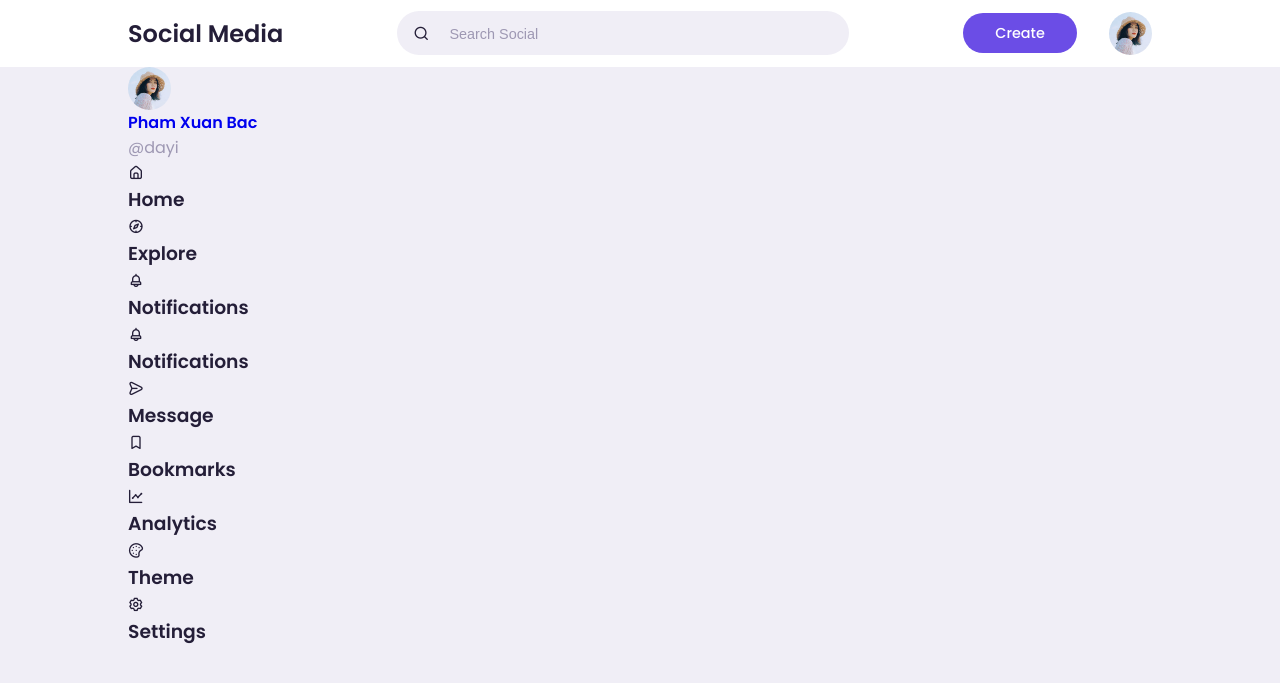
Repository: northpx/socialMedia
Page: index.html
An editor plug-in stored every save of this project. The page is shown before and after the next save, followed by the edit.
The browser window is 1280 px wide. The pictures show the whole page.

Above is the page before, as saved 2023-03-07 17:02:29.

### index.html
<!DOCTYPE html>
<html lang="en">
<head>
    <meta charset="UTF-8">
    <meta http-equiv="X-UA-Compatible" content="IE=edge">
    <meta name="viewport" content="width=device-width, initial-scale=1.0">
    <link rel="stylesheet" href="/css/style.css">
    <link rel="stylesheet" href="https://unicons.iconscout.com/release/v4.0.0/css/line.css">
    <title>Social Media</title>
</head>
<body>
    <nav>
        <div class="container">
            <h2 class="logo">
                Social Media
            </h2>
            <div class="search-bar">
                <i class="uil uil-search"></i>
                <input type="search" placeholder="Search Social">
            </div>
            <div class="create">
                <label for="create-post" class="btn btn-primary">Create</label>
                <div class="profile-picture">
                    <img src="./images/profile-1.jpg" alt="">
                </div>
            </div>
        </div>
    </nav>

    <main>
        <div class="container">
            <!-- ===========LEFT================ -->
            <div class="left">
                <a href="#" class="profile">
                    <div class="profile-picture">
                        <img src="./images/profile-1.jpg" alt="">
                    </div>
                    <div class="handle">
                        <h4>Pham Xuan Bac</h4>
                        <p class="text-muted">
                            @dayi
                        </p>
                    </div>
                </a>
                <!-- =================SIDEBAR=========== -->
                <div class="sidebar">
                    <a class="menu-item active">
                        <span><i class="uil uil-estate"></i></span><h3>Home</h3>
                    </a>
                    <a class="menu-item">
                        <span><i class="uil uil-compass"></i></span><h3>Explore</h3>
                    </a>
                    <a class="menu-item">
                        <span><i class="uil uil-bell"></i></span><h3>Notifications</h3>
                    </a>
                    <a class="menu-item">
                        <span><i class="uil uil-bell"></i></span><h3>Notifications</h3>
                    </a>


                    <span><i class="uil uil-message"></i></span><h3>Message</h3>
                    <span><i class="uil uil-bookmark"></i></span><h3>Bookmarks</h3>
                    <span><i class="uil uil-chart-line"></i></span><h3>Analytics</h3>
                    <span><i class="uil uil-palette"></i></span><h3>Theme</h3>
                    <span><i class="uil uil-setting"></i></span><h3>Settings</h3>
                </div>
            </div>
            <!-- ===============MIDDLE============== -->
            <div class="middle">

            </div>
            <!-- ==============RIGHT============== -->
            <div class="right">

            </div>
        </div>
    </main>
</body>
</html>

### css/style.css
@import url("https://fonts.googleapis.com/css2?family=Poppins:ital,wght@0,400;0,500;0,600;1,400;1,500;1,600&family=Roboto:ital,wght@0,100;0,300;0,400;0,500;0,700;0,900;1,100;1,300;1,400;1,500;1,700;1,900&display=swap");
:root {
  --color-white: hsl(252,30%,100%);
  --color-light: hsl(252,30%,95%);
  --color-gray: hsl(252,15%,65%);
  --color-primary: hsl(252,75%,60%);
  --color-secondary: hsl(252,100%,90%);
  --color-success: hsl(120,95%,65%);
  --color-danger: hsl(0,95%,65%);
  --color-dark: hsl(252,30%,17%);
  --color-black: hsl(252,30%,10%);
  --border-radius: 2rem;
  --card-border-radius: 1rem;
  --btn-padding: 0.6rem 2rem;
  --search-padding: 0.6rem 1rem;
  --card-padding: 1rem;
  --sticky-top-left: 5.4rem;
  --sticky-top-right: -18rem;
}

*, *::before, *::after {
  margin: 0;
  padding: 0;
  outline: 0;
  box-sizing: border-box;
  text-decoration: none;
  list-style: none;
  border: none;
}

body {
  font-family: "Poppins", sans-serif;
  color: var(--color-dark);
  background: var(--color-light);
  overflow-x: hidden;
}

.container{
    width: 80%;
    margin: 0 auto;
}

.profile-picture{
    width: 2.7rem;
    aspect-ratio: 1/1;
    border-radius: 50%;
    overflow: hidden;
}

img{
    display: block;
    width: 100%;
}

.btn{
    display:  inline-block;
    padding: var(--btn-padding);
    font-weight: 500;
    border-radius: var(--border-radius);
    cursor: pointer;
    transition: all .3s ease;
    font-size: 0.9rem;
}

.btn:hover{
    opacity: 0.8;
}

.btn-primary{
    background: var(--color-primary);
    color: white;
}

.text-bold{
    font-weight: 500;
}

.text-muted{
    color: var(--color-gray);
}

nav{
    width: 100%;
    background: var(--color-white);
    padding: 0.7rem 0;
    top: 0;
    z-index: 10;
}

nav .container{
    display: flex;
    align-items: center;
    justify-content: space-between;
}

nav .search-bar{
    background: var(--color-light);
    border-radius: var(--border-radius);
    padding: var(--search-padding);
}

nav .search-bar input[type="search"]{
    background: transparent;
    width: 30vw;
    margin-left: 1rem;
    font-size: 0.9rem;
    color: var(--color-dark);
}

nav .search-bar input[type="search"]::placeholder{
    color: var(--color-gray);

}

nav .create{
    display: flex;
    align-items: center;
    gap: 2rem;
}

After the next save:
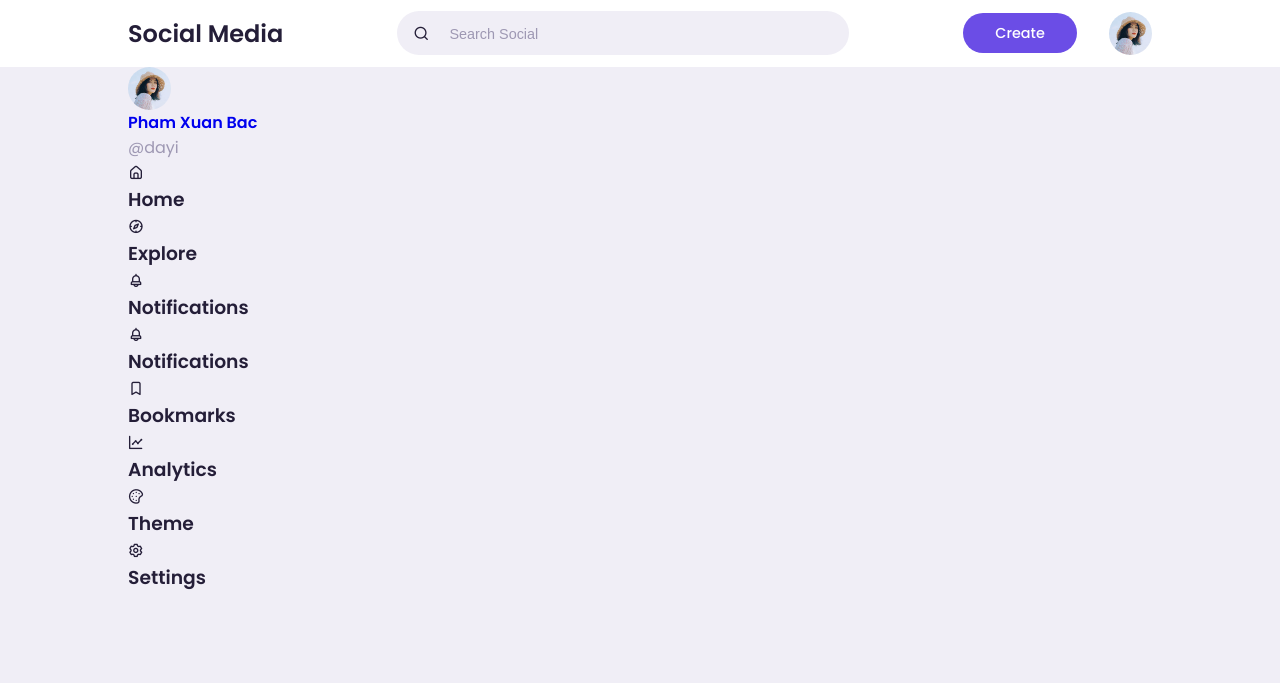
Saved 8 s later.
--- a/index.html
+++ b/index.html
@@ -58,7 +58,7 @@
                     </a>
 
 
-                    <span><i class="uil uil-message"></i></span><h3>Message</h3>
+
                     <span><i class="uil uil-bookmark"></i></span><h3>Bookmarks</h3>
                     <span><i class="uil uil-chart-line"></i></span><h3>Analytics</h3>
                     <span><i class="uil uil-palette"></i></span><h3>Theme</h3>
